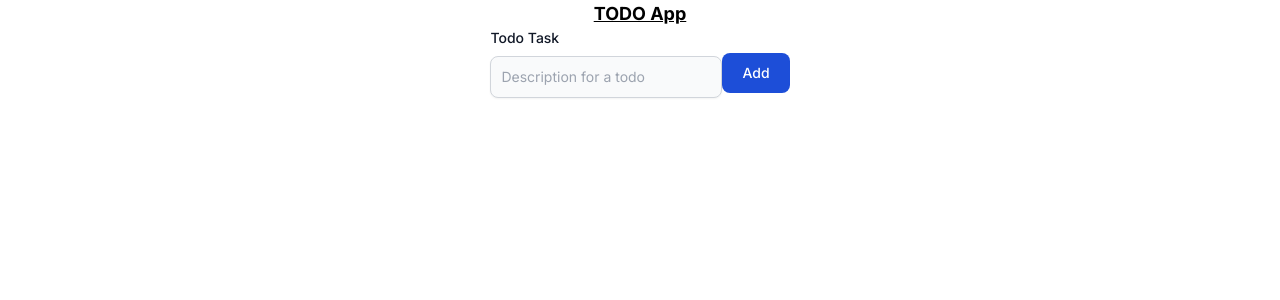
Repository: fatimash2123/next-todo
Page: /todo
These files come from the project's save history. The page is drawn as it stood at one moment and after the next save; the edit follows.
The browser window is 1280 px wide. The pictures show the whole page.
The project was rebuilt for these pictures with package versions that can differ from the ones it lists, and the page was loaded fresh each time. The framework's server and built-in components were replaced by stand-ins that run in the browser. Also part of the build but not shown: next.config.mjs.

Above is the page before, as saved 2024-02-14 14:15:30.

### app/todo/page.tsx
import React from "react";
import AddTodo from "@/components/AddTodo";
import MainHeading from "@/components/MainHeading";
const Todo = function () {
  return (
    <div className="h-screen w-full">
      <MainHeading title={"TODO App"} />
      <AddTodo />
    </div>
  );
};

export default Todo;

### components/AddTodo.tsx
import Button from "./Button";
const AddTodo = function () {
  return (
    <form className="max-w-sm mx-auto flex justify-center items-center w-screen bg-red">
      <div className="mb-5">
        <label
          htmlFor="todo"
          className="block mb-2 text-sm font-medium text-gray-900 dark:text-white"
        >
          Todo Task
        </label>
        <input
          type="todo"
          id="todo"
          className="shadow-sm bg-gray-50 border border-gray-300 text-gray-900 text-sm rounded-lg focus:ring-blue-500 focus:border-blue-500 block w-full p-2.5 dark:bg-gray-700 dark:border-gray-600 dark:placeholder-gray-400 dark:text-white dark:focus:ring-blue-500 dark:focus:border-blue-500 dark:shadow-sm-light"
          placeholder="Description for a todo"
        />
      </div>
      <Button
        title="Add"
        // handleOnClick={() => {
        //   console.log("add todo click");
        // }}
      />
    </form>
  );
};

export default AddTodo;

### components/MainHeading.tsx
interface MainHeadingProps {
  title: string;
}

export default function ({ title }: MainHeadingProps) {
  return (
    <h1 className="font-bold text-lg text-center text-3xl underline">
      {title}
    </h1>
  );
}

### components/Button.tsx
"use client";
interface ButtonProps {
  title: string;
  handleOnClick?: any;
}

const Button = ({ title, handleOnClick }: ButtonProps) => {
  return (
    <button
      type="submit"
      className="text-white bg-blue-700 hover:bg-blue-800 focus:ring-4 focus:outline-none focus:ring-blue-300 font-medium rounded-lg text-sm px-5 py-2.5 text-center dark:bg-blue-600 dark:hover:bg-blue-700 dark:focus:ring-blue-800"
      // onClick={(event) => {
      //   event.preventDefault();
      //   handleOnClick();
      // }}
    >
      {title}
    </button>
  );
};

export default Button;

### tailwind.config.js
/** @type {import('tailwindcss').Config} */
module.exports = {
  content: [
    "./app/**/*.{js,ts,jsx,tsx,mdx}",
    "./components/**/*.{js,ts,jsx,tsx,mdx}",
  ],
  theme: {
    extend: {},
  },
  plugins: [],
}

Loaded but not shown: app/layout.tsx (common file); app/globals.css (common file)

After the next save:
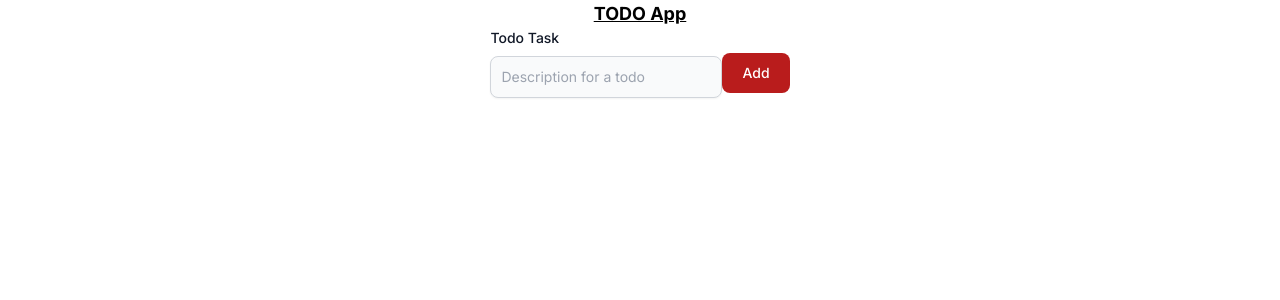
Saved 3 min 40 s later.
--- a/components/Button.tsx
+++ b/components/Button.tsx
@@ -8,7 +8,7 @@
   return (
     <button
       type="submit"
-      className="text-white bg-blue-700 hover:bg-blue-800 focus:ring-4 focus:outline-none focus:ring-blue-300 font-medium rounded-lg text-sm px-5 py-2.5 text-center dark:bg-blue-600 dark:hover:bg-blue-700 dark:focus:ring-blue-800"
+      className="text-white bg-red-700 hover:bg-blue-800 focus:ring-4 focus:outline-none focus:ring-blue-300 font-medium rounded-lg text-sm px-5 py-2.5 text-center dark:bg-blue-600 dark:hover:bg-blue-700 dark:focus:ring-blue-800"
       // onClick={(event) => {
       //   event.preventDefault();
       //   handleOnClick();

After the save that followed:
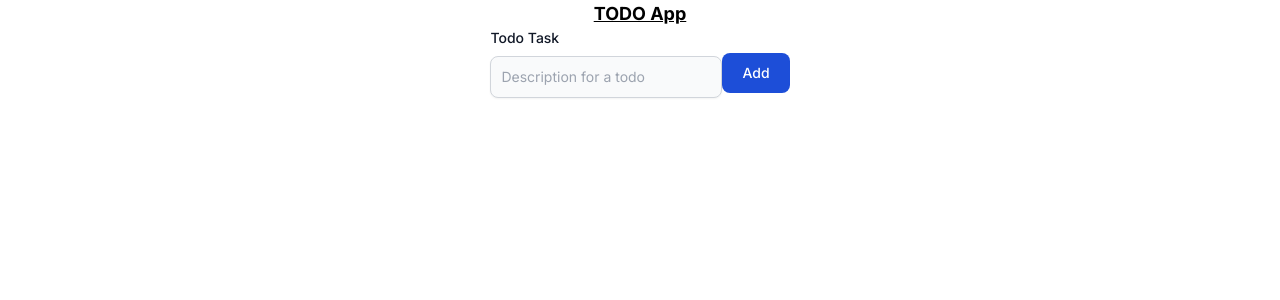
Saved 13 s later.
--- a/components/Button.tsx
+++ b/components/Button.tsx
@@ -8,7 +8,7 @@
   return (
     <button
       type="submit"
-      className="text-white bg-red-700 hover:bg-blue-800 focus:ring-4 focus:outline-none focus:ring-blue-300 font-medium rounded-lg text-sm px-5 py-2.5 text-center dark:bg-blue-600 dark:hover:bg-blue-700 dark:focus:ring-blue-800"
+      className="text-white bg-blue-700 hover:bg-blue-800 focus:ring-4 focus:outline-none focus:ring-blue-300 font-medium rounded-lg text-sm px-5 py-2.5 text-center dark:bg-blue-600 dark:hover:bg-blue-700 dark:focus:ring-blue-800"
       // onClick={(event) => {
       //   event.preventDefault();
       //   handleOnClick();
